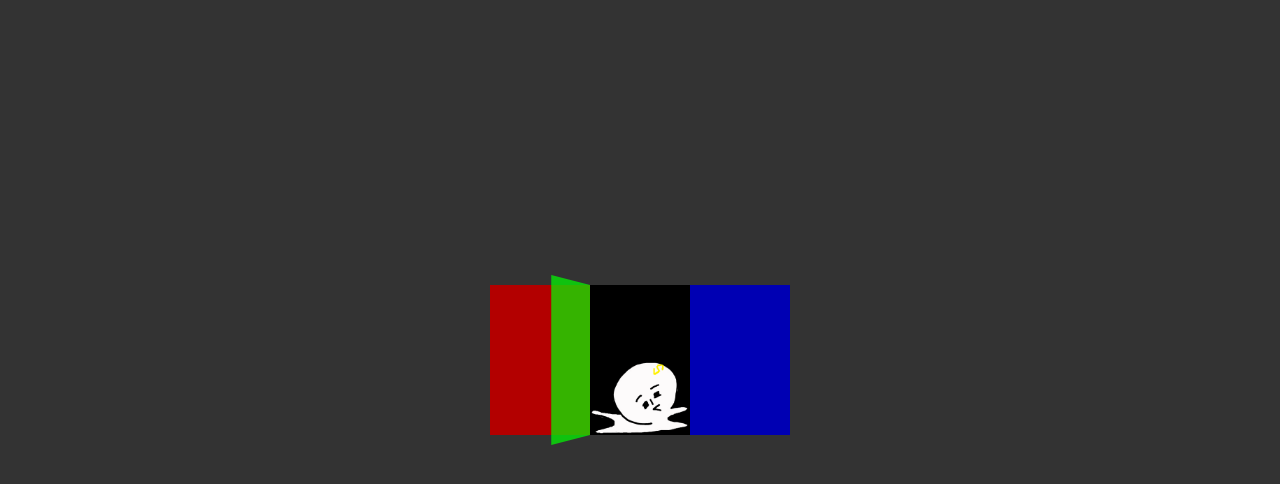
Repository: ggandory/interactiveweb
Page: Interactive_section6_doors/index.html
An editor plug-in stored every save of this project. The page is shown before and after the next save, followed by the edit.
The browser window is 1280 px wide. The pictures show the whole page.

Above is the page before, as saved 2024-10-08 15:23:33.

### Interactive_section6_doors/index.html
<!DOCTYPE html>
<html>

<head>
	<meta charset="UTF-8">
	<meta name="viewport" content="width=device-width, initial-scale=1.0">
	<meta http-equiv="X-UA-Compatible" content="ie=edge">
	<title>Interactive Web</title>
	<link rel="stylesheet" href="css/reset.css">
	<style>
		.stage {
			display: flex;
			align-items: center;
			justify-content: center;
			width: 100vw;
			height: 100vh;
			background: #333;
		}

		.door {
			position: relative;
			width: 100px;
			height: 150px;
		}

		.door-back {
			overflow: hidden;
			position: absolute;
			left: 0;
			top: 0;
			width: 100%;
			height: 100%;
			background: black;
		}

		.ilbuni {
			position: absolute;
			left: 0;
			bottom: 0;
			width: 100px;
			height: 100px;
			background-repeat: no-repeat;
			background-position: 50% 100%;
			background-size: contain;
			transform: translate3d(100%, 0, 0);
			transition: 0.5s 0.5s;
			/*두번째꺼가 duration임*/
		}

		.door:nth-child(1) .ilbuni {
			background-image: url(images/ilbuni_0.png);
		}

		.door:nth-child(2) .ilbuni {
			background-image: url(images/ilbuni_1.png);
		}

		.door:nth-child(3) .ilbuni {
			background-image: url(images/ilbuni_2.png);
		}

		.door-body {
			position: absolute;
			left: 0;
			top: 0;
			width: 100%;
			height: 100%;
			transition: 0.5s;
			transform-origin: 0%;
			cursor: pointer;
		}

		.door:nth-child(1) .door-body {
			background: rgba(255, 0, 0, 0.7);
		}

		.door:nth-child(2) .door-body {
			background: rgba(0, 255, 0, 0.7);
		}

		.door:nth-child(3) .door-body {
			background: rgba(0, 0, 255, 0.7);
		}

		.door-opened .door-body {
			transform: perspective(800px) rotateY(-110deg);
		}

		.door-opened .ilbuni {
			transform: translate3d(0, 0, 0);
		}
	</style>
</head>

<body>
	<div class="stage">
		<div class="door">
			<div class="door-back">
				<div class="ilbuni"></div>
			</div>
			<div class="door-body"></div>
		</div>
		<div class="door">
			<div class="door-back">
				<div class="ilbuni"></div>
			</div>
			<div class="door-body"></div>
		</div>
		<div class="door">
			<div class="door-back">
				<div class="ilbuni"></div>
			</div>
			<div class="door-body"></div>
		</div>
	</div>

	<script>
		(function () {
			const stageElem = document.querySelector('.stage');
			// 현재 활성화된 아이템을 저장
			let currentItem;

			// 활성화
			function activate(elem) {
				elem.classList.add('door-opened');
				currentItem = elem;
			}

			// 비활성화
			function inactivate(elem) {
				elem.classList.remove('door-opened');
			}

			function doorHandler(e) {
				const targetElem = e.target;

				if (currentItem) {
					inactivate(currentItem);
				}

				if (targetElem.classList.contains('door-body')) {
					activate(targetElem.parentNode);
				}
			}

			stageElem.addEventListener('click', doorHandler);

			activate(document.querySelector('.door:nth-child(2)'));
		})();
	</script>
</body>

</html>

Loaded but not shown: Interactive_section6_doors/css/reset.css (common file)

After the next save:
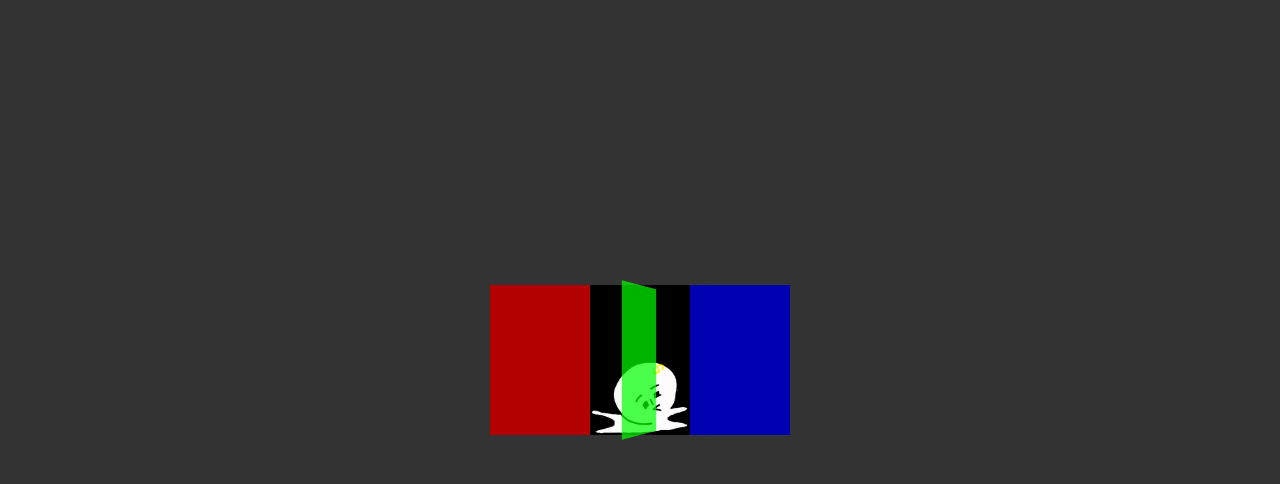
Saved 13 s later.
--- a/Interactive_section6_doors/index.html
+++ b/Interactive_section6_doors/index.html
@@ -66,7 +66,7 @@
 			width: 100%;
 			height: 100%;
 			transition: 0.5s;
-			transform-origin: 0%;
+			/* transform-origin: 0%; */
 			cursor: pointer;
 		}
 

After the save that followed:
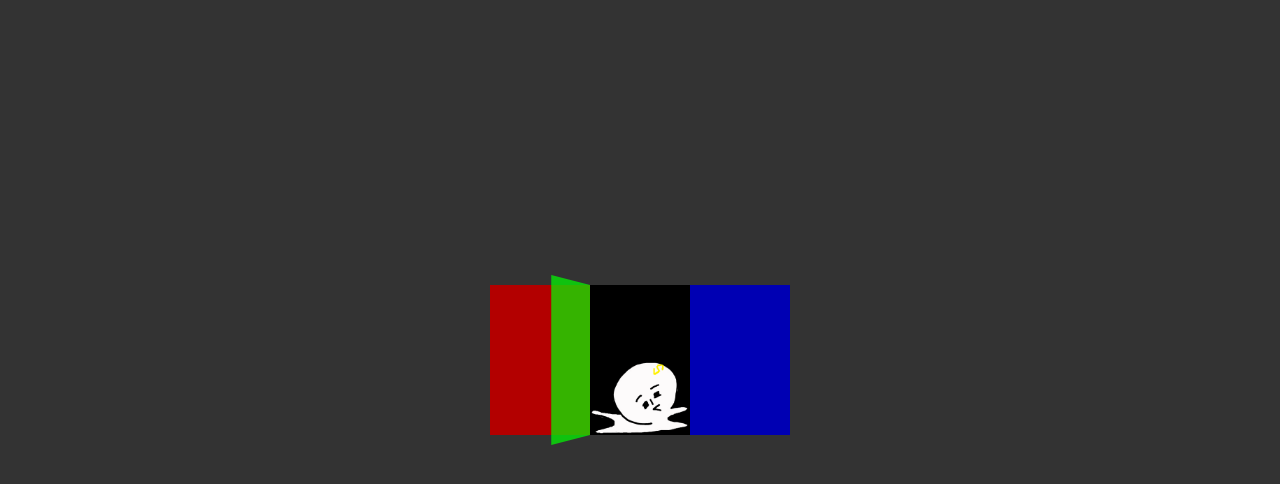
Saved 117 s later.
--- a/Interactive_section6_doors/index.html
+++ b/Interactive_section6_doors/index.html
@@ -66,7 +66,14 @@
 			width: 100%;
 			height: 100%;
 			transition: 0.5s;
-			/* transform-origin: 0%; */
+			transform-origin: 0%;
+			/*
+			transform-origin은
+			요소의 변형 기준점을 설정하는 속성
+			기본적으로 50%, 50%을 기준으로 변형됨
+			그러나0%로를 주면 왼쪽 상단 모서리 0% 0%로 설정된다.
+			이값은 요소가 회전하거나 스케일 조정될 때의 기준점이 어디인지 정해줌
+			*/
 			cursor: pointer;
 		}
 
